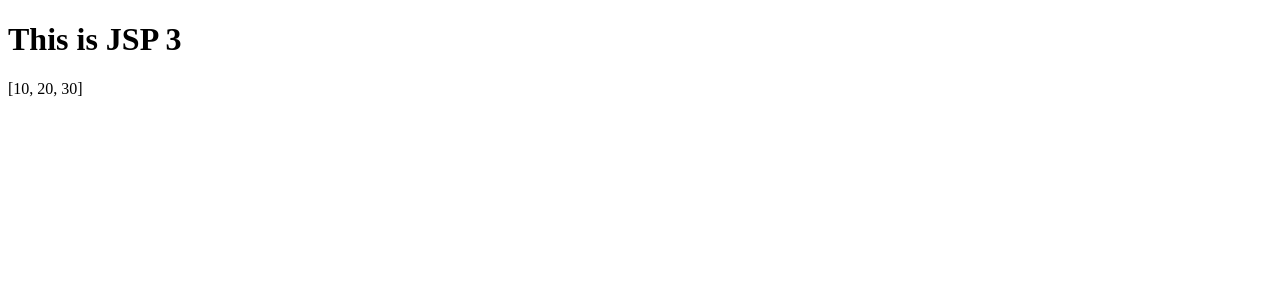
Repository: Max0077/WEJE1-master
Page: http://localhost/servlets/DemoJSP3.jsp
The author's editor kept a copy of each file at every save. The page is drawn from the files as they stood at one save, then again after a run of saves.
The browser window is 1280 px wide. The pictures show the whole page.
The page is served by Tomcat 9. Other server files are loaded and not shown.

Above is the page before, as saved 2022-09-06 12:56:55.

### servlets/src/main/webapp/DemoJSP3.jsp
<%@page import="java.util.ArrayList"%>
<%@ page language="java" contentType="text/html; charset=ISO-8859-1"
	pageEncoding="ISO-8859-1"%>
<!DOCTYPE html>
<html>
<head>
<meta charset="ISO-8859-1">
<title>JSP 3</title>
</head>
<body>
	<h1>This is JSP 3</h1>

	<%!ArrayList<Integer> arr = new ArrayList();%>
	<%
	arr.add(10);
	arr.add(20);
	arr.add(30);
	%>
	<%=arr%>

</body>
</html>

### servlets/src/main/webapp/DemoJSP1.jsp
<%@ page language="java" contentType="text/html; charset=ISO-8859-1"
	pageEncoding="ISO-8859-1"%>
<jsp:include page="./DemoJSP1.jsp"></jsp:include>
<!DOCTYPE html>
<html>
<head>
<meta charset="ISO-8859-1">
<title>JSP 1</title>
</head>
<body>
	<h1>This is JSP 1</h1>
	<%!int a = 10;%>
	<%=a%><br>
	<%
	a = a + 10;
	%>
	<%=a%>
</body>
</html>

After the next 2 saves:
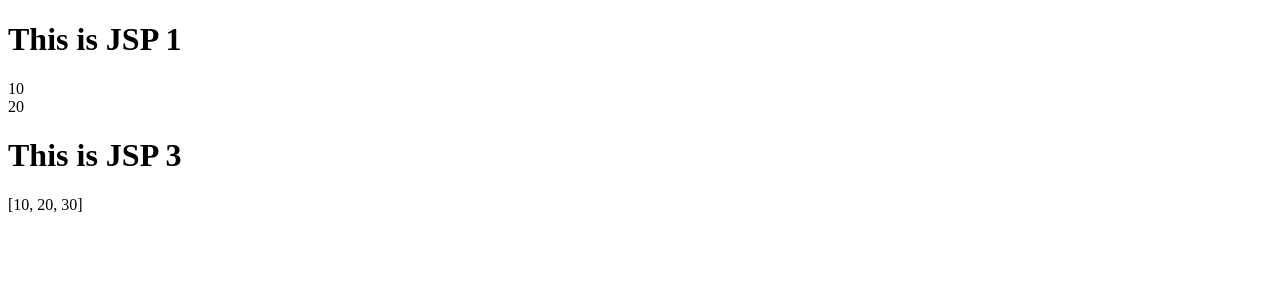
The 2 saves are shown as one change because 1 did not build or start.
The last was saved 23 s later.
--- a/servlets/src/main/webapp/DemoJSP3.jsp
+++ b/servlets/src/main/webapp/DemoJSP3.jsp
@@ -1,6 +1,7 @@
 <%@page import="java.util.ArrayList"%>
 <%@ page language="java" contentType="text/html; charset=ISO-8859-1"
 	pageEncoding="ISO-8859-1"%>
+<jsp:include page="DemoJSP1.jsp"></jsp:include>
 <!DOCTYPE html>
 <html>
 <head>
--- a/servlets/src/main/webapp/DemoJSP1.jsp
+++ b/servlets/src/main/webapp/DemoJSP1.jsp
@@ -1,6 +1,6 @@
 <%@ page language="java" contentType="text/html; charset=ISO-8859-1"
 	pageEncoding="ISO-8859-1"%>
-<jsp:include page="./DemoJSP1.jsp"></jsp:include>
+
 <!DOCTYPE html>
 <html>
 <head>
